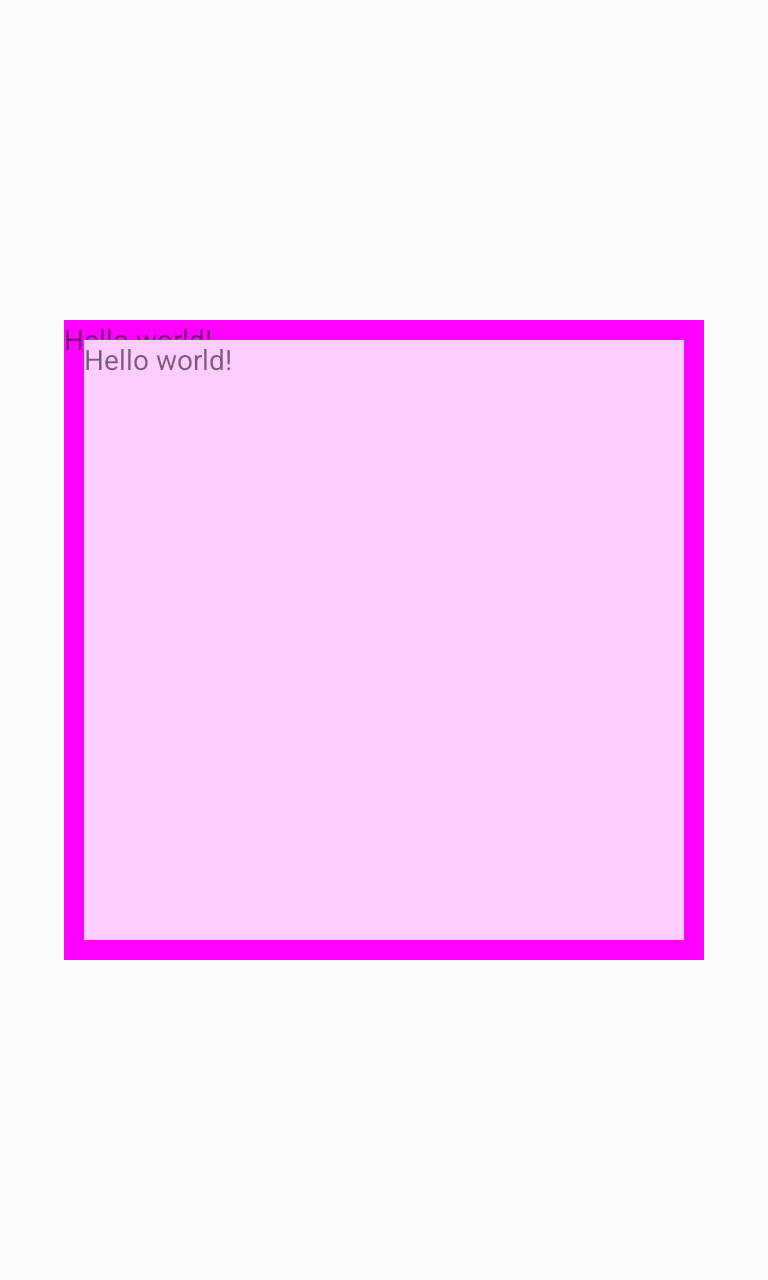
Repository: A207/guanjingjing
Layout: day4/LayoutApp/res/layout/activity_frame_layout.xml
These files come from the project's save history. The layout is drawn as it stood at one moment and after the next save; the edit follows.
It is drawn on a 768 x 1280 px phone screen (xhdpi) without system bars, with theme AppTheme; the app's code is not run.

Above is the layout before, as saved 2015-07-09 10:37:31.

After the next save:
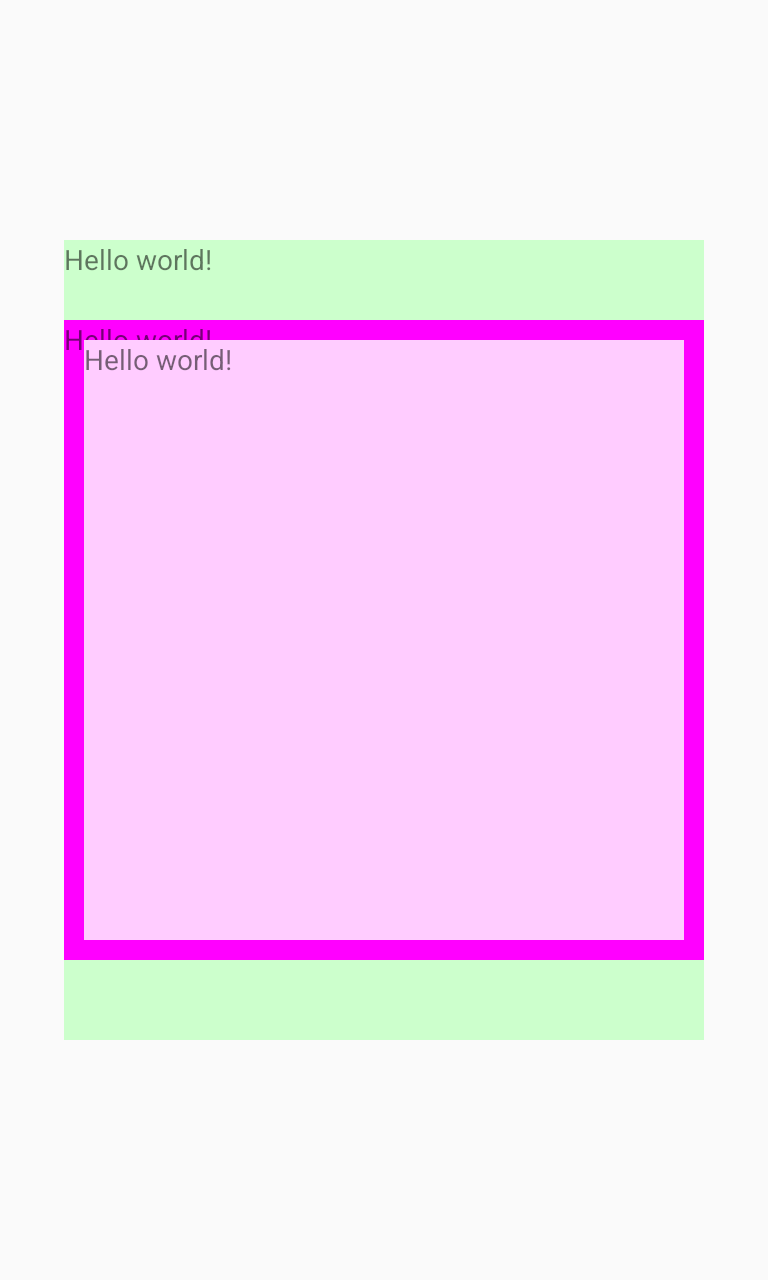
Saved 42 s later.
--- a/day4/LayoutApp/res/layout/activity_frame_layout.xml
+++ b/day4/LayoutApp/res/layout/activity_frame_layout.xml
@@ -2,6 +2,12 @@
     android:layout_width="match_parent"
     android:layout_height="match_parent" >
 
+    <TextView
+        android:layout_width="320dp"
+        android:layout_height="400dp"
+        android:text="@string/hello_world"
+        android:background="#ccffcc"
+        android:layout_gravity="center" />
     <TextView
         android:layout_width="320dp"
         android:layout_height="320dp"
